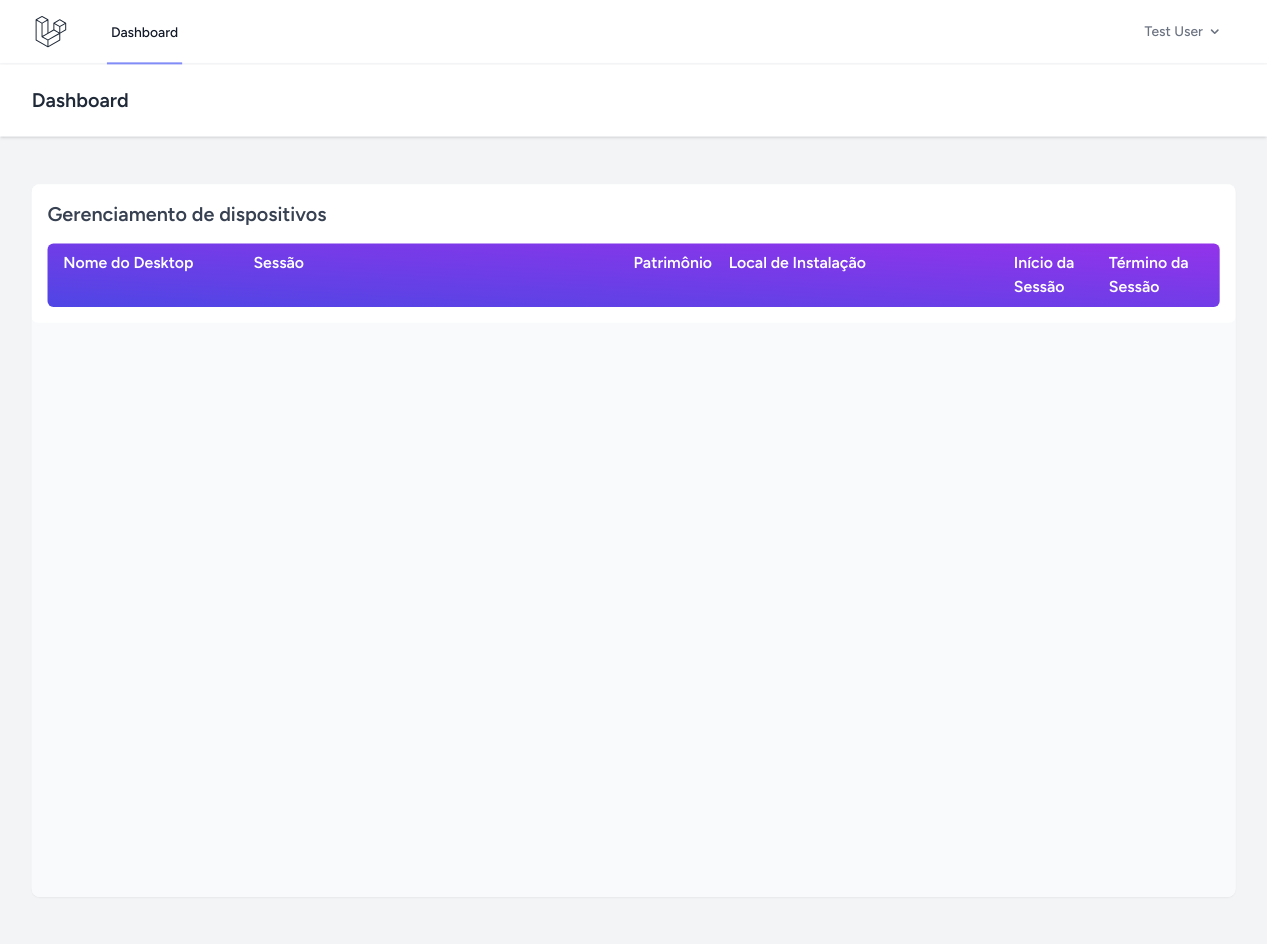
Repository: CrisMorgantee/device-logs
Page: http://localhost/dashboard
The author's editor kept a copy of each file at every save. The page is drawn from the files as they stood at one save, then again after the next save.
The browser window is 1280 px wide. The pictures show the whole page, at 99% of full size.
The page is served by the project's Laravel application, run on PHP 8.4 with Laravel 10. A made-up administrator, Test User (test@example.com), is signed in. Other server files are loaded and not shown. Style sheets and scripts are compiled from the project's sources, by tool versions that may differ from the author's. Queries for data that is not in the repository find no rows.

Above is the page before, as saved 2023-04-14 22:54:20.

### routes/web.php
<?php

use App\Http\Controllers\ProfileController;
use App\Http\Controllers\DeviceLogsController;
use Illuminate\Support\Facades\Route;

/*
|--------------------------------------------------------------------------
| Web Routes
|--------------------------------------------------------------------------
|
| Here is where you can register web routes for your application. These
| routes are loaded by the RouteServiceProvider and all of them will
| be assigned to the "web" middleware group. Make something great!
|
*/

Route::get('/', function () {
    return view('auth.login');
});

Route::get('/dashboard', [DeviceLogsController::class, 'index'])->middleware(['auth', 'verified'])->name('dashboard');

Route::middleware('auth')->group(function () {
    Route::get('/profile', [ProfileController::class, 'edit'])->name('profile.edit');
    Route::patch('/profile', [ProfileController::class, 'update'])->name('profile.update');
    Route::delete('/profile', [ProfileController::class, 'destroy'])->name('profile.destroy');
});

require __DIR__.'/auth.php';

### app/Http/Controllers/DeviceLogsController.php
<?php

namespace App\Http\Controllers;

use App\Models\DeviceLogs;
use Illuminate\Http\Request;

class DeviceLogsController extends Controller
{
    /**
     * Display a listing of the resource.
     */
    public function index()
    {
        $logs = DeviceLogs::all();

        return view('dashboard', ['logs' => $logs]);
    }

    /**
     * Show the form for creating a new resource.
     */
    public function create()
    {
        //
    }

    /**
     * Store a newly created resource in storage.
     */
    public function store(Request $request)
    {
        //
    }

    /**
     * Display the specified resource.
     */
    public function show(DeviceLogs $deviceLogs)
    {
        //
    }

    /**
     * Show the form for editing the specified resource.
     */
    public function edit(DeviceLogs $deviceLogs)
    {
        //
    }

    /**
     * Update the specified resource in storage.
     */
    public function update(Request $request, DeviceLogs $deviceLogs)
    {
        //
    }

    /**
     * Remove the specified resource from storage.
     */
    public function destroy(DeviceLogs $deviceLogs)
    {
        //
    }
}

### app/Models/DeviceLogs.php
<?php

namespace App\Models;

use Illuminate\Database\Eloquent\Factories\HasFactory;
use Illuminate\Database\Eloquent\Model;

class DeviceLogs extends Model
{
    use HasFactory;

    public $fillable = [
        'machine_name',
        'session',
        'patrimony',
        'location'
    ];


    protected $dates = [
      'start_session_at',
      'end_session_at'
  ];

}

### resources/views/dashboard.blade.php
<x-app-layout>
  <x-slot name="header">
    <h2 class="text-xl font-semibold leading-tight text-gray-800">
      {{ __('Dashboard') }}
    </h2>
  </x-slot>

  <div class="py-12">
    <div class="mx-auto max-w-7xl sm:px-6 lg:px-8">
      <div class="overflow-hidden bg-white shadow-sm sm:rounded-lg">
        <div class="min-h-screen bg-gray-50">
          <div class="rounded-md bg-white p-4">
            <h2 class="mb-4 text-xl font-bold text-gray-700">Gerenciamento de dispositivos</h2>

            <div
              class="text-md grid grid-cols-12 rounded-md bg-gradient-to-tr from-indigo-600 to-purple-600 py-2 px-4 font-bold text-white">
              <div class="col-span-2">
                <span>Nome do Desktop</span>
              </div>
              <div class="col-span-4">
                <span>Sessão</span>
              </div>
              <div class="col-span-1">
                <span>Patrimônio</span>
              </div>
              <div class="col-span-3">
                <span>Local de Instalação</span>
              </div>
              <div class="col-span-1">
                <span>Início da Sessão</span>
              </div>
              <div class="col-span-1">
                <span>Término da Sessão</span>
              </div>
            </div>
            <div>
              @foreach ($logs as $deviceLog)
                <div class="mt-4 grid grid-cols-12 gap-4 border-t px-4 text-sm font-normal first:border-none">
                  <div class="col-span-2">
                    <span>{{ $deviceLog->machine_name }}</span>
                  </div>
                  <div class="col-span-3">
                    <span>{{ $deviceLog->session }}</span>
                  </div>
                  <div class="col-span-1">
                    <span>{{ $deviceLog->patrimony }}</span>
                  </div>
                  <div class="col-span-2">
                    <span>{{ $deviceLog->location }}</span>
                  </div>
                  <div class="col-span-2">
                    <span>{{ $deviceLog->start_session_at }}</span>
                  </div>
                  <div class="col-span-2">
                    <span>{{ $deviceLog->end_session_at }}</span>
                  </div>
                </div>
              @endforeach
            </div>
          </div>
        </div>
      </div>
    </div>

</x-app-layout>

Loaded but not shown: app/Providers/AppServiceProvider.php (common file); routes/auth.php (common file); app/Http/Controllers/Auth/EmailVerificationPromptController.php (common file); app/Http/Controllers/Controller.php (common file); app/Http/Controllers/Auth/VerifyEmailController.php (common file); app/Models/User.php (common file); app/View/Components/AppLayout.php (common file); resources/views/layouts/app.blade.php (common file); resources/views/layouts/navigation.blade.php (common file); resources/views/components/application-logo.blade.php (common file); resources/views/components/nav-link.blade.php (common file); resources/views/components/dropdown-link.blade.php (common file); resources/views/components/dropdown.blade.php (common file); resources/views/components/responsive-nav-link.blade.php (common file); resources/css/app.css (common file); tailwind.config.js (common file); resources/js/app.js (common file); resources/js/bootstrap.js (common file)

After the next save:
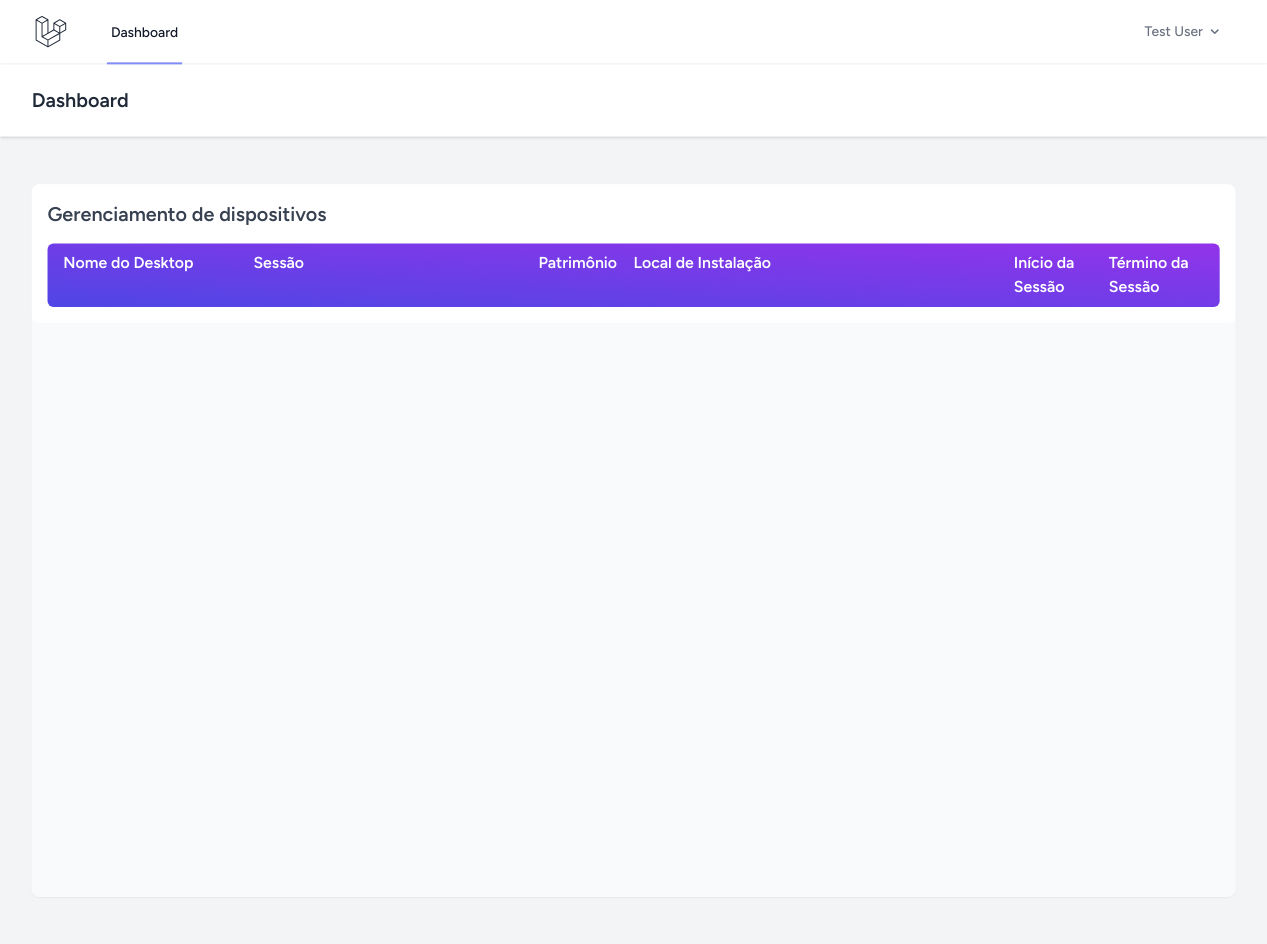
Saved 40 s later.
--- a/resources/views/dashboard.blade.php
+++ b/resources/views/dashboard.blade.php
@@ -17,13 +17,13 @@
               <div class="col-span-2">
                 <span>Nome do Desktop</span>
               </div>
-              <div class="col-span-4">
+              <div class="col-span-3">
                 <span>Sessão</span>
               </div>
               <div class="col-span-1">
                 <span>Patrimônio</span>
               </div>
-              <div class="col-span-3">
+              <div class="col-span-4">
                 <span>Local de Instalação</span>
               </div>
               <div class="col-span-1">
